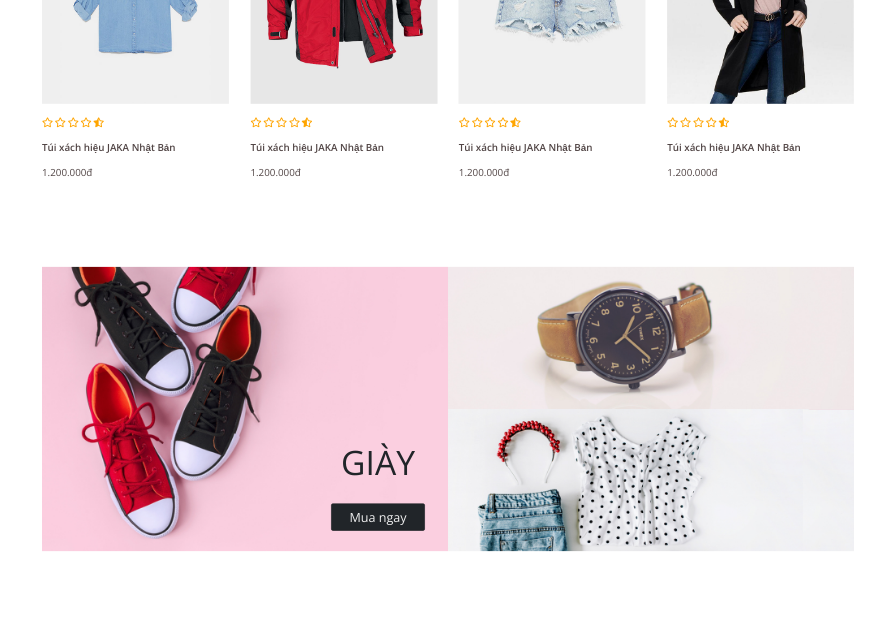
Repository: vinhtk0209/clothes-shop
Page: index.html
The author's editor kept a copy of each file at every save. The page is drawn from the files as they stood at one save, then again after the next save.
The browser window is 1280 px wide. The pictures show the part of the page from y = 1805 to 3725 px (the page is 2712 px tall before and 3725 px after), at 70% of full size.

Above is the page before, as saved 2021-10-06 15:53:42.

After the next save:
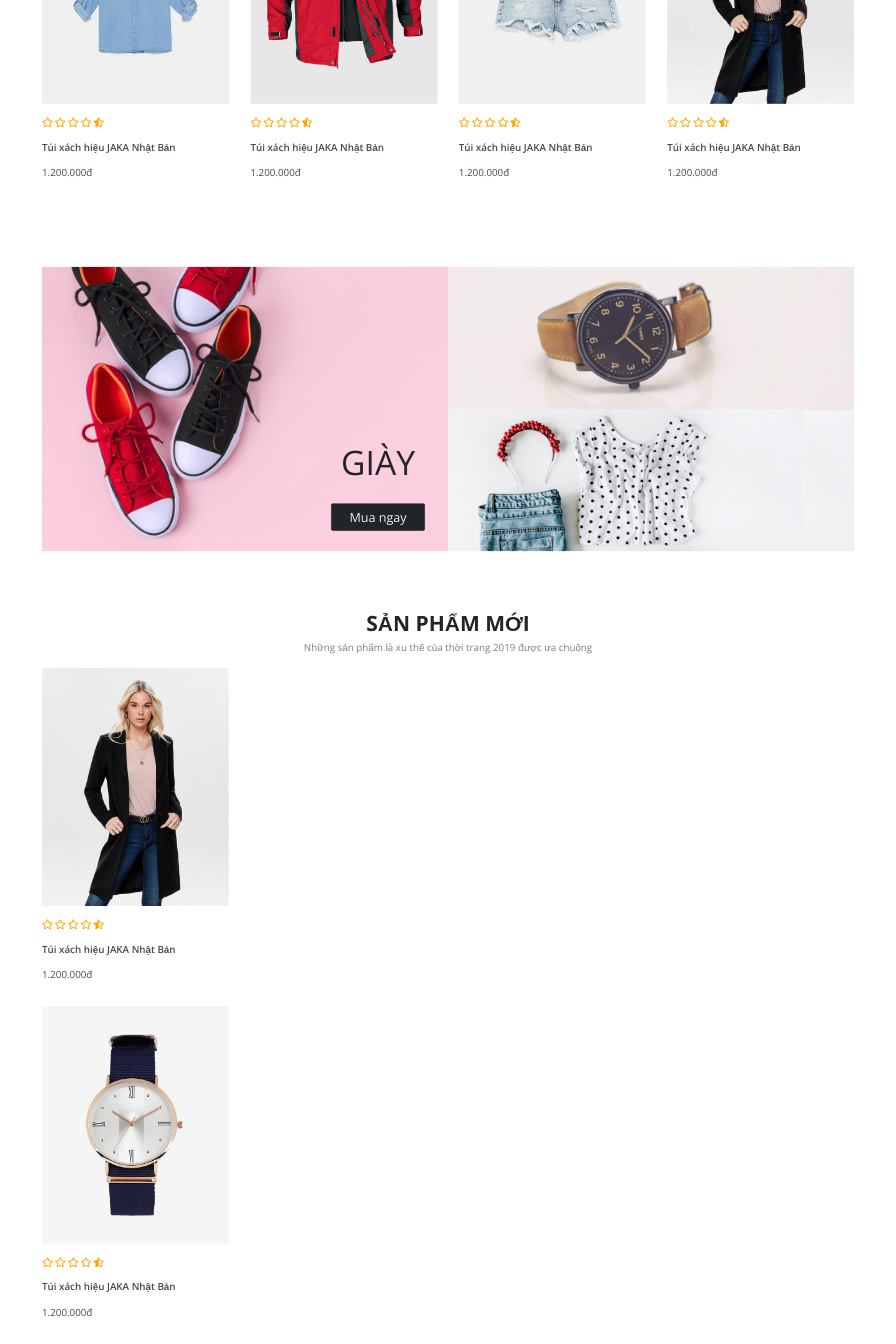
Saved 14 s later.
--- a/index.html
+++ b/index.html
@@ -575,7 +575,7 @@
             </div>
             <!-- END IMG DESCRIPTION -->
 
-            <div class="best-seller owl-carousel owl-theme">
+            <div class="best-seller ">
               <div class="card card-product__new border-0 ">
                 <div class="card-body card-new-product">
                   <div class="card-title text-center">
